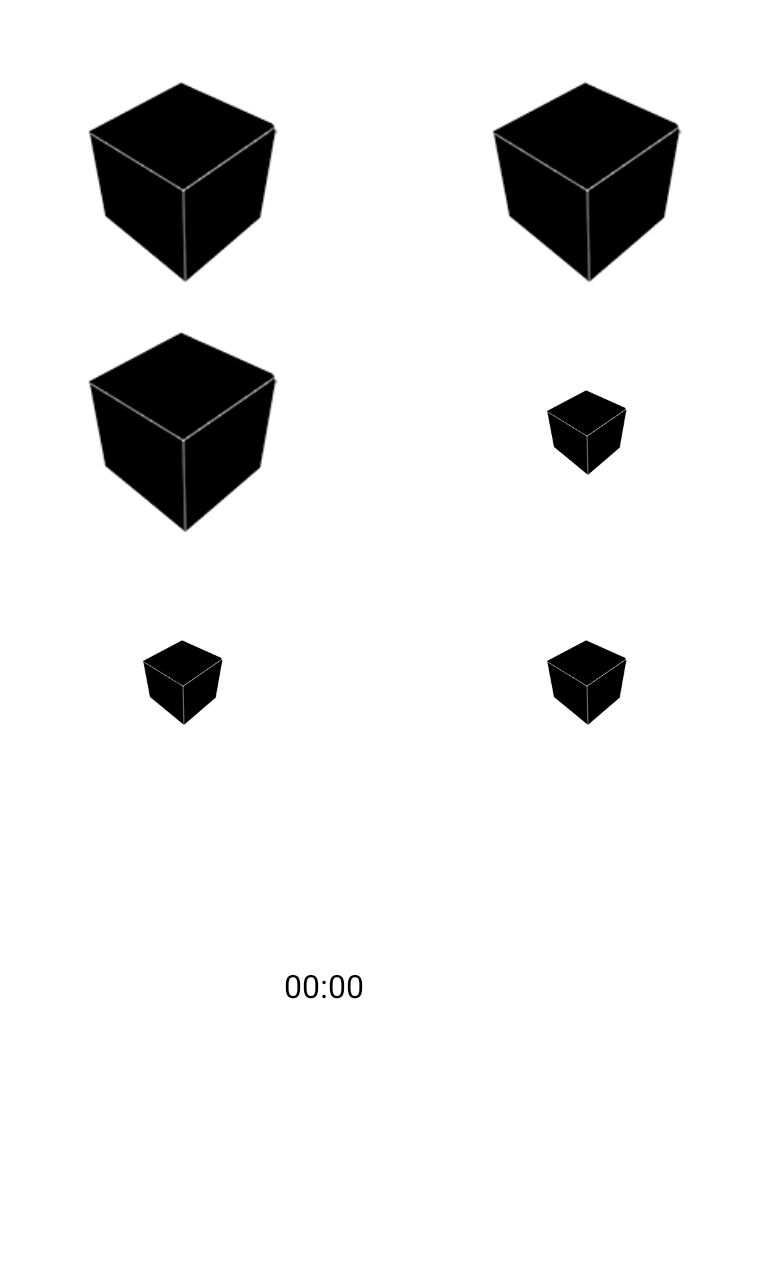
Repository: DSKarramba/university
Layout: models_and_methods_ICS/lab_01/code/calc/res/layout/activity_main.xml
These files come from the project's save history. The layout is drawn as it stood at one moment and after a run of saves; the edit follows.
It is drawn on a 768 x 1280 px phone screen (xhdpi) without system bars, with theme AppTheme; the app's code is not run.

Above is the layout before, as saved 2014-12-11 03:10:02.

### models_and_methods_ICS/lab_01/code/calc/res/layout/activity_main.xml
<RelativeLayout xmlns:android="http://schemas.android.com/apk/res/android"
    xmlns:tools="http://schemas.android.com/tools"
    android:layout_width="match_parent"
    android:layout_height="match_parent"
    android:layout_gravity="top"
    android:paddingBottom="@dimen/activity_vertical_margin"
    android:paddingLeft="@dimen/activity_horizontal_margin"
    android:paddingRight="@dimen/activity_horizontal_margin"
    android:paddingTop="@dimen/activity_vertical_margin"
    tools:context="com.example.calc.MainActivity" >

    <ImageButton
        android:id="@+id/img1"
        android:layout_width="100dp"
        android:layout_height="100dp"
        android:layout_alignParentLeft="true"
        android:layout_alignParentTop="true"
        android:layout_marginLeft="25dp"
        android:layout_marginTop="25dp"
        android:background="@android:color/transparent"
        android:contentDescription="@string/str_box"
        android:scaleType="fitCenter"
        android:src="@drawable/box" />

    <ImageButton
        android:id="@+id/img2"
        android:layout_width="100dp"
        android:layout_height="100dp"
        android:layout_alignParentRight="true"
        android:layout_alignParentTop="true"
        android:layout_marginRight="25dp"
        android:layout_marginTop="25dp"
        android:background="@android:color/transparent"
        android:contentDescription="@string/str_box"
        android:scaleType="fitCenter"
        android:src="@drawable/box" />

    <ImageButton
        android:id="@+id/img3"
        android:layout_width="100dp"
        android:layout_height="100dp"
        android:layout_alignParentLeft="true"
        android:layout_below="@+id/img1"
        android:layout_marginLeft="25dp"
        android:layout_marginTop="25dp"
        android:background="@android:color/transparent"
        android:contentDescription="@string/str_box"
        android:scaleType="fitCenter"
        android:src="@drawable/box" />

    <ImageButton
        android:id="@+id/img4"
        android:layout_width="100dp"
        android:layout_height="100dp"
        android:layout_alignParentRight="true"
        android:layout_below="@+id/img2"
        android:layout_marginRight="25dp"
        android:layout_marginTop="25dp"
        android:background="@android:color/transparent"
        android:contentDescription="@string/str_box"
        android:src="@drawable/box" />

    <ImageButton
        android:id="@+id/img5"
        android:layout_width="100dp"
        android:layout_height="100dp"
        android:layout_alignParentLeft="true"
        android:layout_below="@+id/img3"
        android:layout_marginLeft="25dp"
        android:layout_marginTop="25dp"
        android:background="@android:color/transparent"
        android:contentDescription="@string/str_box"
        android:src="@drawable/box" />

    <ImageButton
        android:id="@+id/img6"
        android:layout_width="100dp"
        android:layout_height="100dp"
        android:layout_alignParentRight="true"
        android:layout_below="@+id/img4"
        android:layout_marginRight="25dp"
        android:layout_marginTop="25dp"
        android:background="@android:color/transparent"
        android:contentDescription="@string/str_box"
        android:src="@drawable/box" />

    <Chronometer
        android:id="@+id/chronometer1"
        android:layout_width="100dp"
        android:layout_height="100dp"
        android:layout_below="@+id/img5"
        android:layout_centerHorizontal="true"
        android:layout_marginTop="91dp"
        android:text="Chronometer" />

</RelativeLayout>

### models_and_methods_ICS/lab_01/code/calc/res/values/strings.xml
<?xml version="1.0" encoding="utf-8"?>
<resources>

    <string name="app_name">cats</string>
    <string name="action_settings">Settings</string>
    <string name="str_box">box</string>

</resources>

Loaded but not shown: models_and_methods_ICS/lab_01/code/calc/res/values/styles.xml (common file); models_and_methods_ICS/lab_01/code/calc/res/values-v11/styles.xml (common file); models_and_methods_ICS/lab_01/code/calc/res/values-v14/styles.xml (common file); models_and_methods_ICS/lab_01/code/calc/res/values/dimens.xml (common file); models_and_methods_ICS/lab_01/code/calc/res/values-w820dp/dimens.xml (common file)

After the next 2 saves:
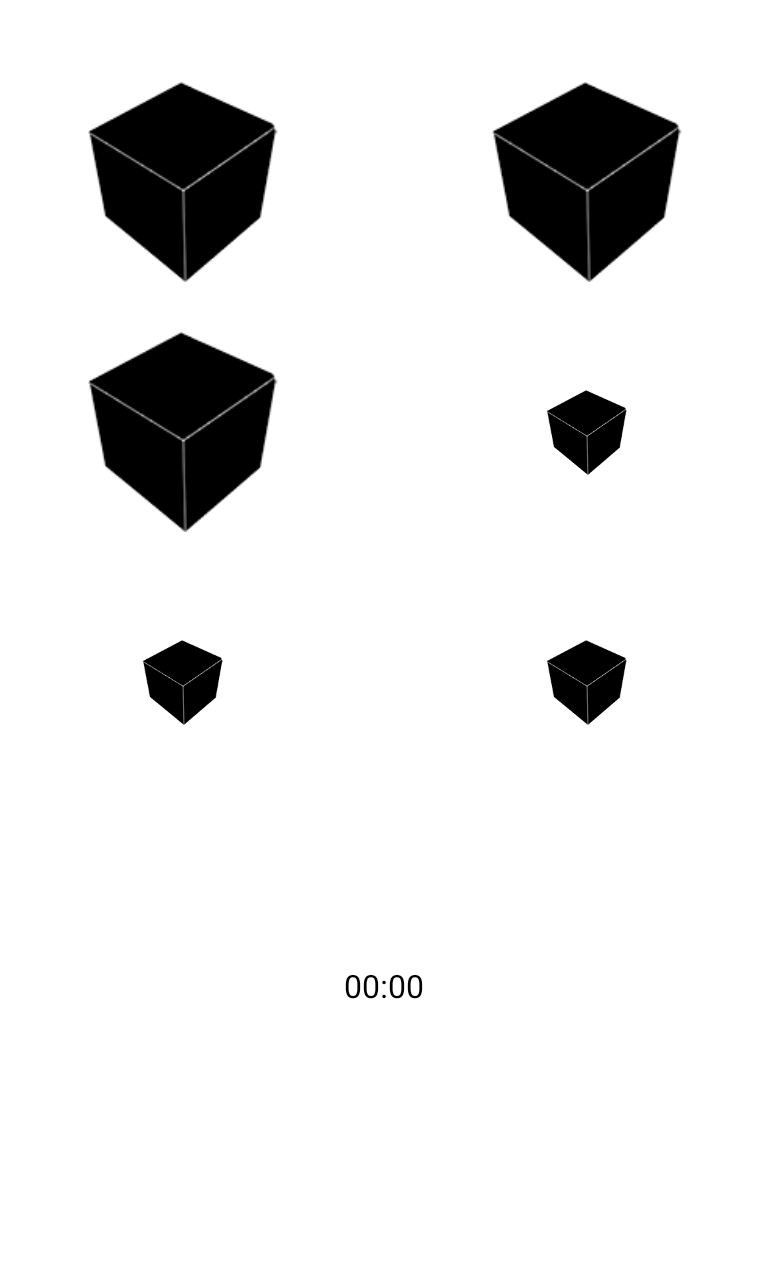
The 2 saves are shown as one change because they came seconds apart.
The last was saved 9 s later.
--- a/models_and_methods_ICS/lab_01/code/calc/res/layout/activity_main.xml
+++ b/models_and_methods_ICS/lab_01/code/calc/res/layout/activity_main.xml
@@ -85,9 +85,9 @@
         android:src="@drawable/box" />
 
     <Chronometer
-        android:id="@+id/chronometer1"
-        android:layout_width="100dp"
-        android:layout_height="100dp"
+        android:id="@+id/timer"
+        android:layout_width="wrap_content"
+        android:layout_height="wrap_content"
         android:layout_below="@+id/img5"
         android:layout_centerHorizontal="true"
         android:layout_marginTop="91dp"
